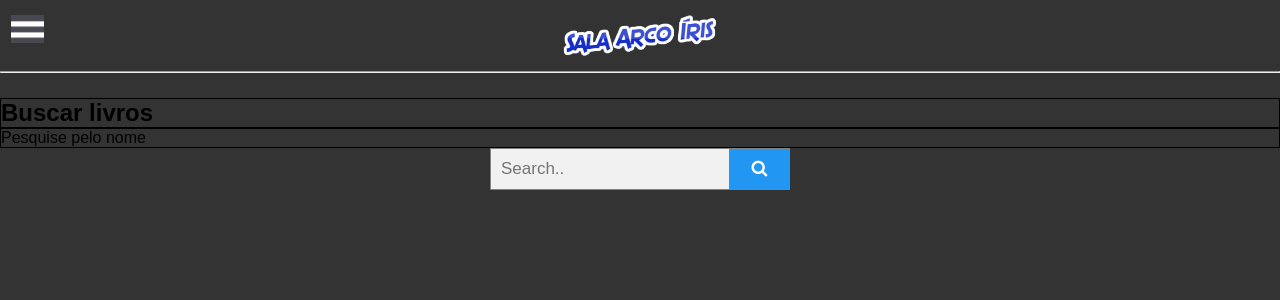
Repository: yuriandreisilva/projeto-individual-senai
Page: SalaArcoIris/WebContent/pages/listaLivros.html
An editor plug-in stored every save of this project. The page is shown before and after the next save, followed by the edit.
The browser window is 1280 px wide. The pictures show the whole page.

Above is the page before, as saved 2020-12-12 12:48:20.

### SalaArcoIris/WebContent/pages/listaLivros.html
<!DOCTYPE html>
<html lang="pt-br">
<head>
	<meta charset="UTF-8">
	<meta name="description" content="Sala Arco Iris - Biblioteca">
	<meta name="keywords" content="Livros">
	<meta name="author" content="Yuri Andrei da Silva">
	<meta name="viewport" content="width=device-width, initial-scale=1.0">
	<title> Lista Livros - Sala Arco Íris</title>
	<link rel="stylesheet" href="../css/menuFixo.css">
	<link rel="stylesheet" href="../css/listaBusca.css">
	<script src="https://code.jquery.com/jquery-3.5.1.min.js" integrity="sha256-9/aliU8dGd2tb6OSsuzixeV4y/faTqgFtohetphbbj0=" crossorigin="anonymous"></script>
	<link rel="stylesheet" href="https://cdnjs.cloudflare.com/ajax/libs/font-awesome/4.7.0/css/font-awesome.min.css">
	<script src="../js/menuFixo.js"></script>

</head>
<body>

<header>
<!-- jquery -->
</header>

<div class="corpo">

<h2>Buscar livros</h2>

<p>Pesquise pelo nome</p>
<form class="example" action="" style="margin:auto;max-width:300px">
  <input type="text" placeholder="Search.." name="search2">
  <button type="submit"><i class="fa fa-search"></i></button>
</form>
</div>


</body>
</html>

### SalaArcoIris/WebContent/css/menuFixo.css
*{
	margin: 0;
	padding: 0;

}

:root{
	--cor_detalhes: #050542;
	--cor_fundo: #333;
	--letra_padrao: "Montserrant", sans-serif;
}

body {
	background: var(--cor_fundo);
}

#check {
	display: none;
}

#icone {
	margin: -4px;
	top: 4px;
	cursor:pointer;
	padding: 15px;
	position: absolute;
	z-index: 1;
	align: center;
}

.barra{
	background-color: #333;
	height: 100%;
	width: 300px;
	position: absolute;
	transition: all .2s linear;
	left: -300px;
}

nav{
	width: 100%;
	position: absolute;
	top: 60px;
}

nav a{
	text-decoration: none;

}

.link, .linkSair{
	background-color: #494950;
	padding: 20px;
	font-family: "Arial";
	font-size: 12pt;
	transition: all .2s linear;
	color: #f4f4f9;
	border-bottom:2px solid #222;
	opacity: 0;
	margin-top: 200px;

}

.linkSair{
	position: absolute;
	top: 500px;
	width: 86.2%;
	transition: all .2s linear;
}

.link:hover, .linkSair:hover{
	background-color: #050542;

}

#check:checked ~ .barra{
	transform: translateX(300px);
	border-right: 1px solid;
	border-color: #fff;
}

#check:checked ~ .logo {
	margin-left: 300px;
}

.corpo-menor {
	margin-left: 300px !important;

}



.logo img {
	display: block;
    margin-left: auto;
    margin-right: auto;
    width: 14%;


}


#check:checked ~ .icons{
	visibility: hidden;

}

body .corpo {
	height: 535px;
	margin-top: 2%;
}



#check:checked ~ .barra nav a .link, .barra nav a .linkSair {
	opacity: 1;
	margin-top: 0;

}

### SalaArcoIris/WebContent/css/listaBusca.css
body {
  font-family: Arial;
}

* {
  box-sizing: border-box;
}

form.example input[type=text] {
  padding: 10px;
  font-size: 17px;
  border: 1px solid grey;
  float: left;
  width: 80%;
  background: #f1f1f1;
}

form.example button {
  float: left;
  width: 20%;
  padding: 10px;
  background: #2196F3;
  color: white;
  font-size: 17px;
  border: 1px solid grey;
  border-left: none;
  cursor: pointer;
}

form.example button:hover {
  background: #0b7dda;
}

form.example::after {
  content: "";
  clear: both;
  display: table;
}

h2, p {
	border: 1px solid;
}

### SalaArcoIris/WebContent/js/menuFixo.js
$(document).ready(function(){
	$("header").load("/SalaArcoIris/pages/fix/menuFixo.html", function() {
		$("#check").change(function() {
			if(this.checked) {
			   $(".corpo").addClass("corpo-menor");
			}else{
			   $(".corpo").removeClass("corpo-menor");
			}
		});
	});
});

### SalaArcoIris/WebContent/pages/fix/menuFixo.html
<input type="checkbox" id="check">
<label id="icone" for="check"><img src="../imgs/icone_menu.jpg"></label>


<div class="barra">
	<nav>
		<a href="http://localhost:8080/SalaArcoIris/pages/home.html"><div class="link">Home</div></a>
		<a href=""><div class="link">Empréstimos</div></a>
		<a href="http://localhost:8080/SalaArcoIris/pages/listaLivros.html"><div class="link">Livros</div></a>
		<a href="http://localhost:8080/SalaArcoIris/pages/listaAlunos.html"><div class="link">Alunos</div></a>
		<a href=""><div class="link">Relatórios</div></a>
		<a href="http://localhost:8080/SalaArcoIris/index.html"><div class="linkSair">Sair</div></a>
	</nav>
</div>

<div class="logo">
 	<img src="../imgs/logo.png"></label>
	<hr>
</div>

After the next save:
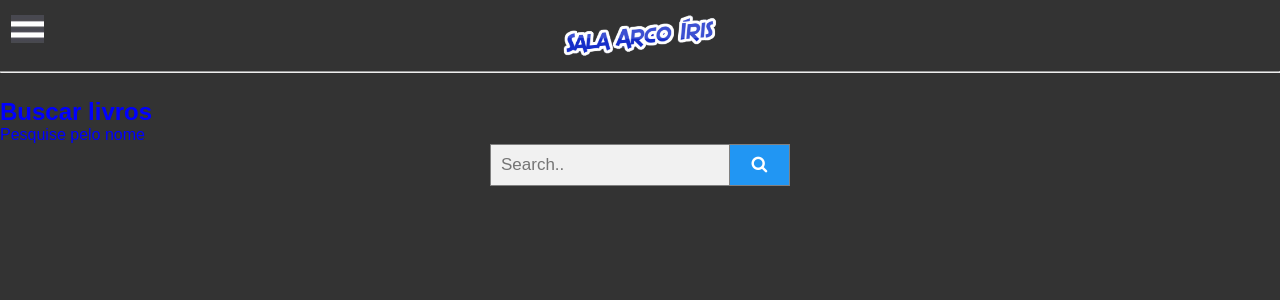
Saved 55 s later.
--- a/SalaArcoIris/WebContent/css/listaBusca.css
+++ b/SalaArcoIris/WebContent/css/listaBusca.css
@@ -38,5 +38,5 @@ form.example::after {
 }
 
 h2, p {
-	border: 1px solid;
+	color: blue;
 }
